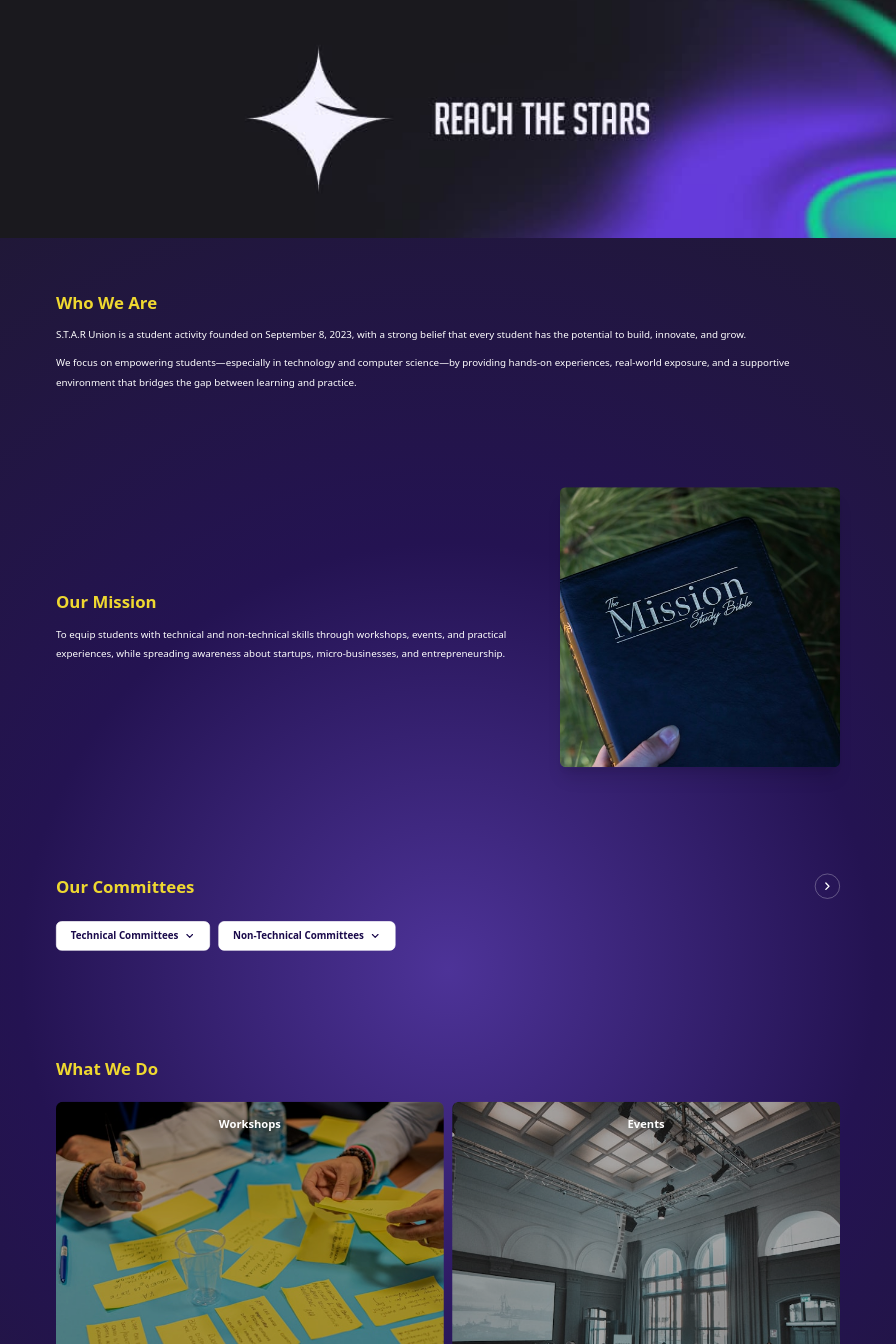
Repository: Frontend-Committee/StarUnion-Website
Page: /about
An editor plug-in stored every save of this project. The page is shown before and after the next save, followed by the edit.
The browser window is 1280 px wide. The pictures show the part of the page from y = 0 to 1920 px (the page is 2770 px tall before and 1982 px after), at 70% of full size.
The project was rebuilt for these pictures with package versions that can differ from the ones it lists, and the page was loaded fresh each time. Also part of the build but not shown: vite.config.js, src/components/common/Navbar.jsx, src/components/common/Footer.jsx, src/features/home/pages/HomePage.jsx.

Above is the page before, as saved 2026-02-25 14:16:17.

### index.html
<!doctype html>
<html lang="en">
  <head>
    <meta charset="UTF-8" />
    <meta name="viewport" content="width=device-width, initial-scale=1.0" />
    <title>star-union</title>
  </head>
  <body>
    <div id="root"></div>
    <script type="module" src="/src/main.jsx"></script>
  </body>
</html>

### src/App.jsx
import { BrowserRouter } from "react-router-dom";
import "./App.css";
import AppRoutes from "./routes";

function App() {
  return (
    <BrowserRouter>
      <AppRoutes />
    </BrowserRouter>
  );
}

export default App;

### src/App.css
@tailwind base;
@tailwind components;
@tailwind utilities;

.container {
  @apply max-w-6xl px-4 py-3 mx-auto;
}

/* Activity card image zoom on hover */
.group:hover .activity-card-img {
  transform: scale(1.06);
}

### src/routes/index.jsx
import { Route, Routes } from "react-router-dom";
import MainLayout from "../layouts/MainLayout";

// Pages
import AboutUsPage from "../features/about/pages/AboutUsPage";
import HomePage from "../features/home/pages/HomePage";

export default function AppRoutes() {
  return (
    <Routes>
      <Route element={<MainLayout />}>
        <Route path="/" element={<HomePage />} />
        <Route path="/about" element={<AboutUsPage />} />
      </Route>
    </Routes>
  );
}

### src/layouts/MainLayout.jsx
import { Outlet } from "react-router-dom";
import Navbar from "../components/common/Navbar";
import Footer from "../components/common/Footer";

export default function MainLayout() {
  return (
    <div className="flex flex-col min-h-screen">
      {/* <Navbar /> */}
      <main className="flex-1">
        <Outlet />
      </main>
      {/* <Footer /> */}
    </div>
  );
}

### src/features/about/pages/AboutUsPage.jsx
import { useState } from "react";
import AboutHero from "../../../assets/images/AboutHero.jpg";
import CommunityImage from "../../../assets/images/Community.jpg";
import EventsImage from "../../../assets/images/Events.jpg";
import MissonImage from "../../../assets/images/Misson.jpg";
import StartupImage from "../../../assets/images/StartupBusiness.jpg";
import WorkshopsImage from "../../../assets/images/Workshops.jpg";

// ─── Inline SVGs ──────────────────────────────────────────────────────────────
function IconChevronDown({ open }) {
  return (
    <svg
      width="16"
      height="16"
      viewBox="0 0 24 24"
      fill="none"
      stroke="currentColor"
      strokeWidth="2.5"
      strokeLinecap="round"
      strokeLinejoin="round"
      className={`transition-transform duration-300 ease-in-out ${
        open ? "rotate-180" : "rotate-0"
      }`}
    >
      <polyline points="6 9 12 15 18 9" />
    </svg>
  );
}

function IconChevronRight() {
  return (
    <svg
      width="18"
      height="18"
      viewBox="0 0 24 24"
      fill="none"
      stroke="currentColor"
      strokeWidth="2.5"
      strokeLinecap="round"
      strokeLinejoin="round"
    >
      <polyline points="9 18 15 12 9 6" />
    </svg>
  );
}

// ─── 4-pointed star logo ──────────────────────────────────────────────────────
function StarLogo() {
  return (
    <svg
      width="110"
      height="110"
      viewBox="0 0 120 120"
      fill="none"
      xmlns="http://www.w3.org/2000/svg"
      className="drop-shadow-[0_0_22px_rgba(255,255,255,0.55)]"
    >
      <path
        d="M60 4 L67 53 L116 60 L67 67 L60 116 L53 67 L4 60 L53 53 Z"
        fill="white"
      />
    </svg>
  );
}

// ─── Committee Dropdown ───────────────────────────────────────────────────────
function CommitteeDropdown({ label, items }) {
  const [open, setOpen] = useState(false);

  return (
    <div className="relative inline-block">
    <button
  onClick={() => setOpen((o) => !o)}
  className="flex items-center gap-2 px-5 py-2.5 border border-white rounded-lg bg-white text-[#1a0a4b] text-sm font-semibold cursor-pointer hover:bg-white/90 transition-colors duration-200"
>
  {label}
  <IconChevronDown open={open} />
</button>

      {open && (
        <div className="absolute top-[calc(100%+8px)] left-0 min-w-[220px] bg-[rgba(36,19,82,0.97)] border border-white/18 rounded-xl shadow-lg overflow-hidden z-50">
          {items.map((item) => (
            <button
              key={item}
              className="block w-full text-left px-4 py-2.5 text-xs text-white/78 bg-transparent border-none cursor-pointer hover:bg-white/9 transition-colors duration-150"
            >
              {item}
            </button>
          ))}
        </div>
      )}
    </div>
  );
}

// ─── Activity Card ────────────────────────────────────────────────────────────
function ActivityCard({ image, title }) {
  return (
    <div className="relative overflow-hidden rounded-[10px] aspect-square cursor-pointer group max-w-">
      <img
        src={image}
        alt={title}
        className="absolute inset-0 w-full h-full object-cover transition-transform duration-500 ease-out group-hover:scale-105"
      />
      <div className="absolute inset-0 bg-black/30" />
      <div className="absolute inset-0 flex flex-col items-center justify-between py-5 px-4">
        <h3 className="text-white font-bold text-base text-center drop-shadow-[0_2px_8px_rgba(0,0,0,0.8)]">
          {title}
        </h3>
        <button className="px-6 py-1.5 text-xs font-semibold text-[#1a0a4b] bg-white border border-white rounded-full hover:bg-white/90 transition-colors duration-200 shadow-md">
          View Details
        </button>
      </div>
    </div>
  );
}

// ════════════════════════════════════════════════════════════════════════════════
//  ABOUT US PAGE
// ════════════════════════════════════════════════════════════════════════════════
export default function AboutUsPage() {
  const technicalCommittees = [
    "Frontend Committee",
    "Backend Committee",
    "AI & Data Committee",
    "Cybersecurity Committee",
    "Mobile Development",
  ];

  const nonTechnicalCommittees = [
    "Media & Design Committee",
    "Marketing Committee",
    "HR Committee",
    "Finance Committee",
    "PR & Communications",
  ];

  const activities = [
    { image: WorkshopsImage, title: "Workshops" },
    { image: EventsImage, title: "Events" },
    { image: StartupImage, title: "Startup Business" },
    { image: CommunityImage, title: "Community Building" },
  ];

  return (
    <div className="w-full overflow-x-hidden bg-[radial-gradient(circle_at_center,_#4D3398_0%,_#241352_40%,_#1E1A2B_100%)]">
      {/* ══════════════════════════════════════════════════════════════════════
          1. HERO — Background 3 gradient
      ══════════════════════════════════════════════════════════════════════ */}
      <section
        className="relative w-full min-h-[340px] flex flex-col items-center justify-center overflow-hidden bg-cover bg-center bg-no-repeat"
        style={{ backgroundImage: `url(${AboutHero})` }}
      >
        {/* Green glow orb — top right */}
        {/* <div
          style={{
            position: "absolute",
            top: 0,
            right: 0,
            width: "280px",
            height: "280px",
            borderRadius: "9999px",
            background:
              "radial-gradient(circle, rgba(17,237,164,0.45) 0%, transparent 70%)",
            transform: "translate(35%, -35%)",
            filter: "blur(40px)",
            pointerEvents: "none",
          }}
        /> */}

        {/* Purple glow orb — bottom left */}
      </section>

      {/* ══════════════════════════════════════════════════════════════════════
          2. WHO WE ARE
      ══════════════════════════════════════════════════════════════════════ */}
      <section className="py-16">
        <div className="container">
          <h2 className="text-tertiary text-2xl font-semibold mb-4">
            Who We Are
          </h2>
          <p className="text-white text-sm leading-loose mb-3">
            S.T.A.R Union is a student activity founded on September 8, 2023,
            with a strong belief that every student has the potential to build,
            innovate, and grow.
          </p>
          <p className="text-white  text-sm leading-loose">
            We focus on empowering students—especially in technology and
            computer science—by providing hands-on experiences, real-world
            exposure, and a supportive environment that bridges the gap between
            learning and practice.
          </p>
        </div>
      </section>

      {/* ══════════════════════════════════════════════════════════════════════
          3. OUR MISSION — image right
      ══════════════════════════════════════════════════════════════════════ */}
      <section className="py-12 pb-16">
        <div className="container flex flex-wrap items-center gap-12">
          <div className="flex-1 min-w-[300px]">
            <h2 className="text-2xl font-semibold text-tertiary mb-4">
              Our Mission
            </h2>
            <p className="text-white  text-sm leading-loose">
              To equip students with technical and non-technical skills through
              workshops, events, and practical experiences, while spreading
              awareness about startups, micro-businesses, and entrepreneurship.
            </p>
          </div>

          {/* Image */}
          <div className="flex-shrink-0">
            <img
              src={MissonImage}
              alt="Our Mission"
              className="w-full max-w-[400px] rounded-lg object-cover aspect-square shadow-xl"
            />
          </div>
        </div>
      </section>

      {/* ══════════════════════════════════════════════════════════════════════
          4. OUR COMMITTEES — Background 3 gradient
      ══════════════════════════════════════════════════════════════════════ */}
      <section className="relative w-full py-16 overflow-hidden">
        <div className="container">
          {/* Header row */}
          <div className="flex items-center justify-between mb-8">
            <h2 className="text-tertiary text-2xl font-semibold m-0">
              Our Committees
            </h2>

            <button
              className="flex items-center justify-center w-9 h-9 rounded-full border border-white/40 bg-white/6 text-white cursor-pointer hover:bg-white/14 transition-colors duration-200"
              aria-label="Browse committees"
            >
              <IconChevronRight />
            </button>
          </div>

          {/* Dropdown buttons */}
          <div className="flex flex-wrap gap-3">
            <CommitteeDropdown
              label="Technical Committees"
              items={technicalCommittees}
            />
            <CommitteeDropdown
              label="Non-Technical Committees"
              items={nonTechnicalCommittees}
            />
          </div>
        </div>
      </section>

      {/* ══════════════════════════════════════════════════════════════════════
          5. WHAT WE DO — dark + 2×2 grid
      ══════════════════════════════════════════════════════════════════════ */}
    <section className="w-full py-16">
  <div className="container">
    <h2 className="text-tertiary text-2xl font-semibold mb-8">What We Do</h2>
    <div className="grid grid-cols-2 gap-3 ">
      {activities.map((act) => (
        <ActivityCard key={act.title} image={act.image} title={act.title} />
      ))}
    </div>
  </div>
</section>
    </div>
  );
}

### tailwind.config.js
/** @type {import('tailwindcss').Config} */
module.exports = {
  content: ["./index.html", "./src/**/*.{js,jsx,ts,tsx}"],

  theme: {
    container: {
      center: true,
      padding: {
        DEFAULT: "16px", // mobile side margins
        lg: "24px", // desktop side margins
      },
    },

    extend: {
      colors: {
        primary: "#7441FF",
        secondary: "#11EDA4",
        tertiary: "#EFD830",

        background: "#FFFFFF",
        text: "#111111",
        textInvert: "#FFFFFF",

        muted: "#E1D6FF",
        card: "#FFFFFF",
        cardSoft: "#C8B5FC",

        success: "#12B76A",
        warning: "#F59E0B",
        error: "#EF4444",

        bg31: "#241352",
        bg32: "#4D3398",
        bg33: "#1E1A2B",
      },

      backgroundImage: {
        gradientBg3:
          "radial-gradient(circle at top, #241352 0%, #4D3398 45%, #1E1A2B 100%)",
        gradientFooter: "linear-gradient(135deg, #E1D6FF 0%, #7441FF 100%)",
        gradientBrand:
          "linear-gradient(135deg, #7441FF 0%, #11EDA4 50%, #EFD830 100%)",
      },

      // typography
      fontSize: {
        h1: ["44px", { lineHeight: "1.1", fontWeight: "800" }],
        h2: ["32px", { lineHeight: "1.15", fontWeight: "800" }],
        h3: ["24px", { lineHeight: "1.2", fontWeight: "800" }],
        h4: ["20px", { lineHeight: "1.25", fontWeight: "800" }],
        body: ["16px", { lineHeight: "1.6", fontWeight: "800" }],
        caption: ["14px", { lineHeight: "1.4", fontWeight: "800" }],
        micro: ["12px", { lineHeight: "1.35", fontWeight: "800" }],
      },

      /*
       Spacing tokens
       */
      spacing: {
        1: "4px",
        2: "8px",
        3: "12px",
        4: "16px",
        6: "24px",
        8: "32px",
        12: "48px",
        16: "64px",
      },

      /*
       Section spacing helpers
       */
      margin: {
        "section-sm": "24px",
        "section-md": "32px",
        "section-lg": "48px",
        "section-xl": "64px",
      },
      padding: {
        "section-sm": "24px",
        "section-md": "32px",
        "section-lg": "48px",
        "section-xl": "64px",
      },

      boxShadow: {
        soft: "0 4px 10px rgba(0,0,0,0.1)",
      },

      borderRadius: {
        card: "16px",
      },
    },
  },

  plugins: [],
};

Loaded but not shown: src/main.jsx (common file)

After the next save:
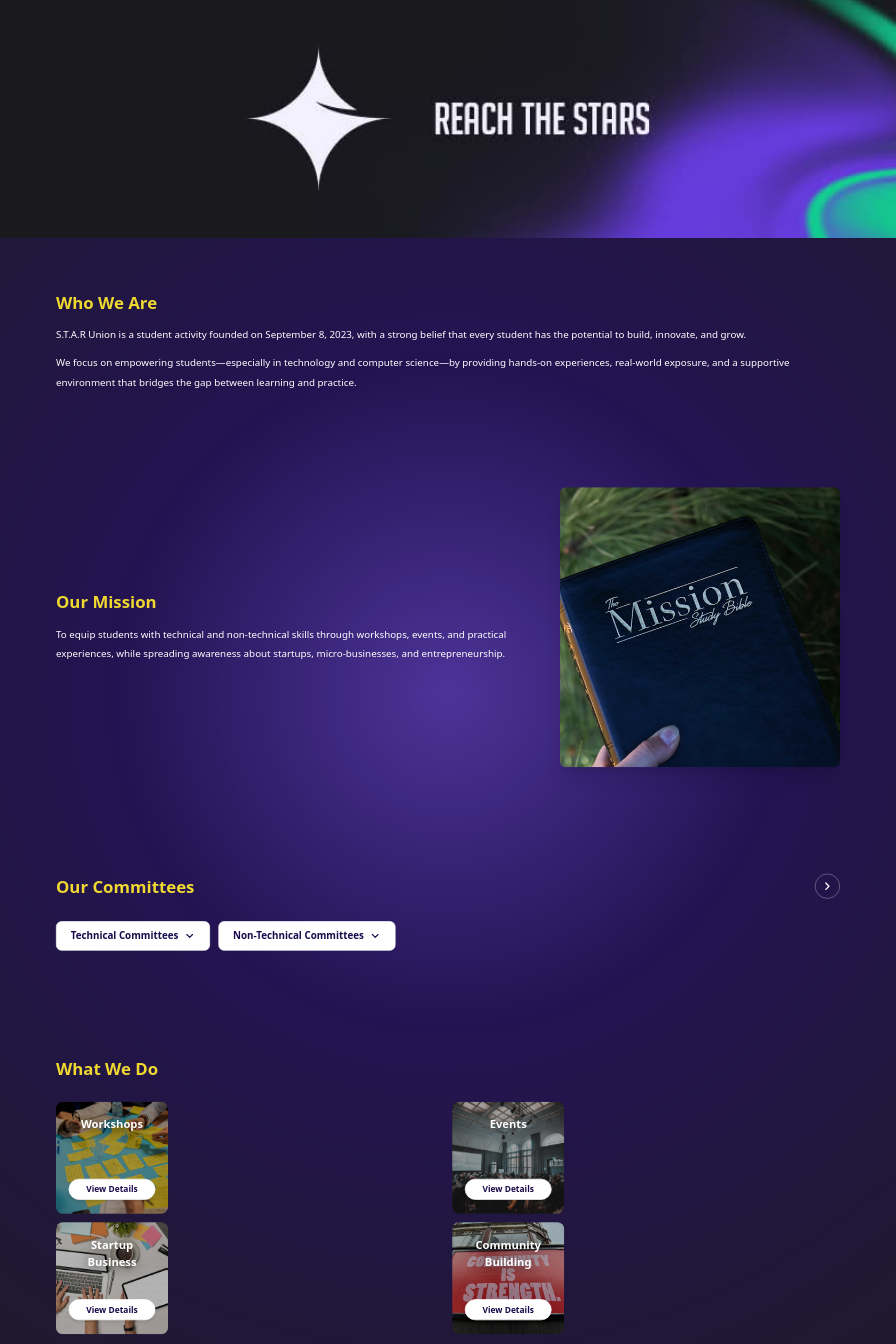
Saved 4 s later.
--- a/src/features/about/pages/AboutUsPage.jsx
+++ b/src/features/about/pages/AboutUsPage.jsx
@@ -96,7 +96,7 @@ function CommitteeDropdown({ label, items }) {
 // ─── Activity Card ────────────────────────────────────────────────────────────
 function ActivityCard({ image, title }) {
   return (
-    <div className="relative overflow-hidden rounded-[10px] aspect-square cursor-pointer group max-w-">
+    <div className="relative overflow-hidden rounded-[10px] aspect-square cursor-pointer group max-w-40">
       <img
         src={image}
         alt={title}
